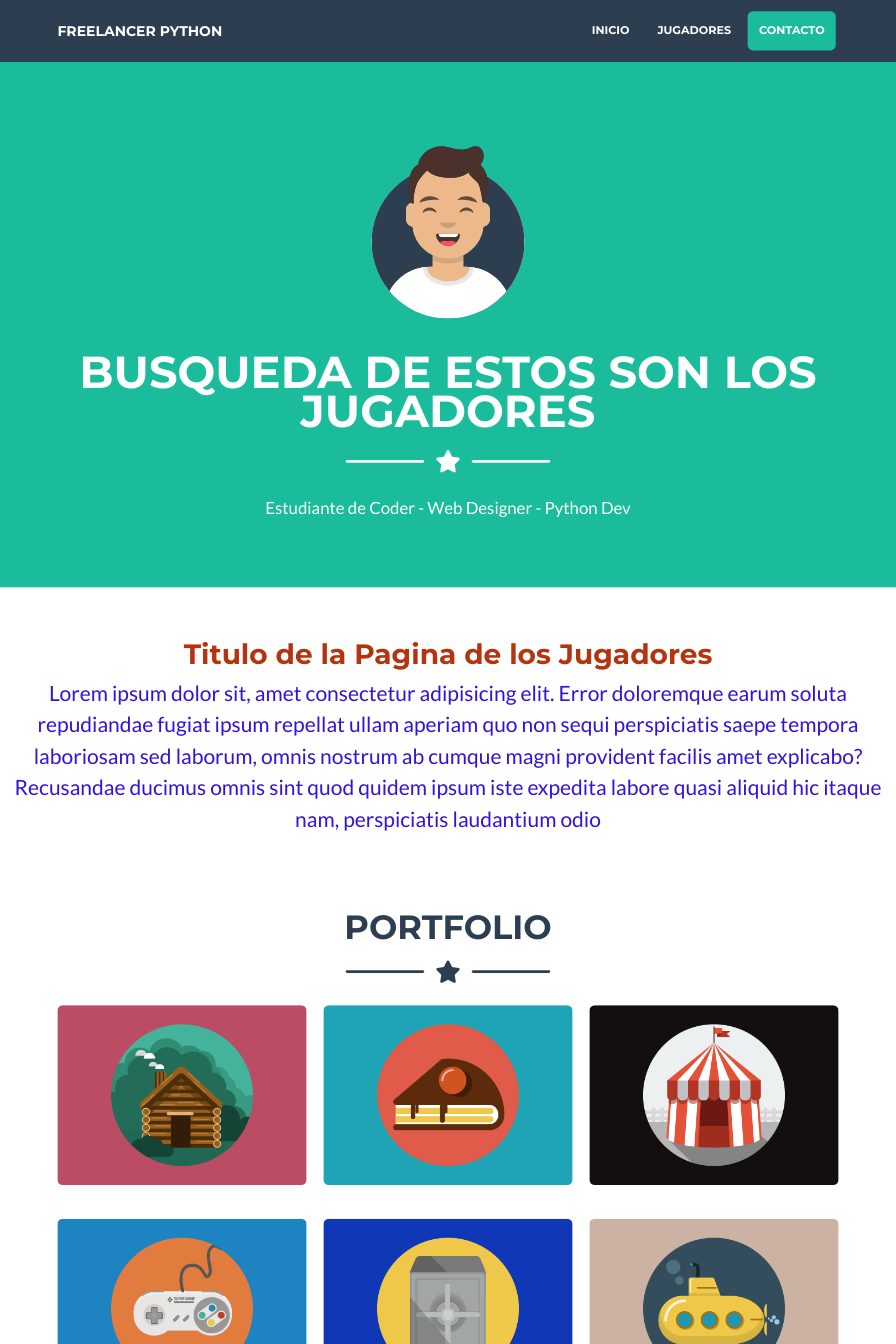
Repository: gadiazsaavedra/Familiares
Page: ProyectoFamiliar/AppFamiliar/templates/AppFamiliar/resultadoBusqueda.html
The author's editor kept a copy of each file at every save. The page is drawn from the files as they stood at one save, then again after the next save.
The browser window is 1280 px wide. The pictures show the part of the page from y = 0 to 1920 px (the page is 4347 px tall), at 70% of full size.
The template is drawn by Django 3.2. The application's start-up code is not run. The template is opened directly, without the code that normally fills it, so the values that code supplies are empty.

Above is the page before, as saved 2021-12-10 23:40:56.

After the next save:
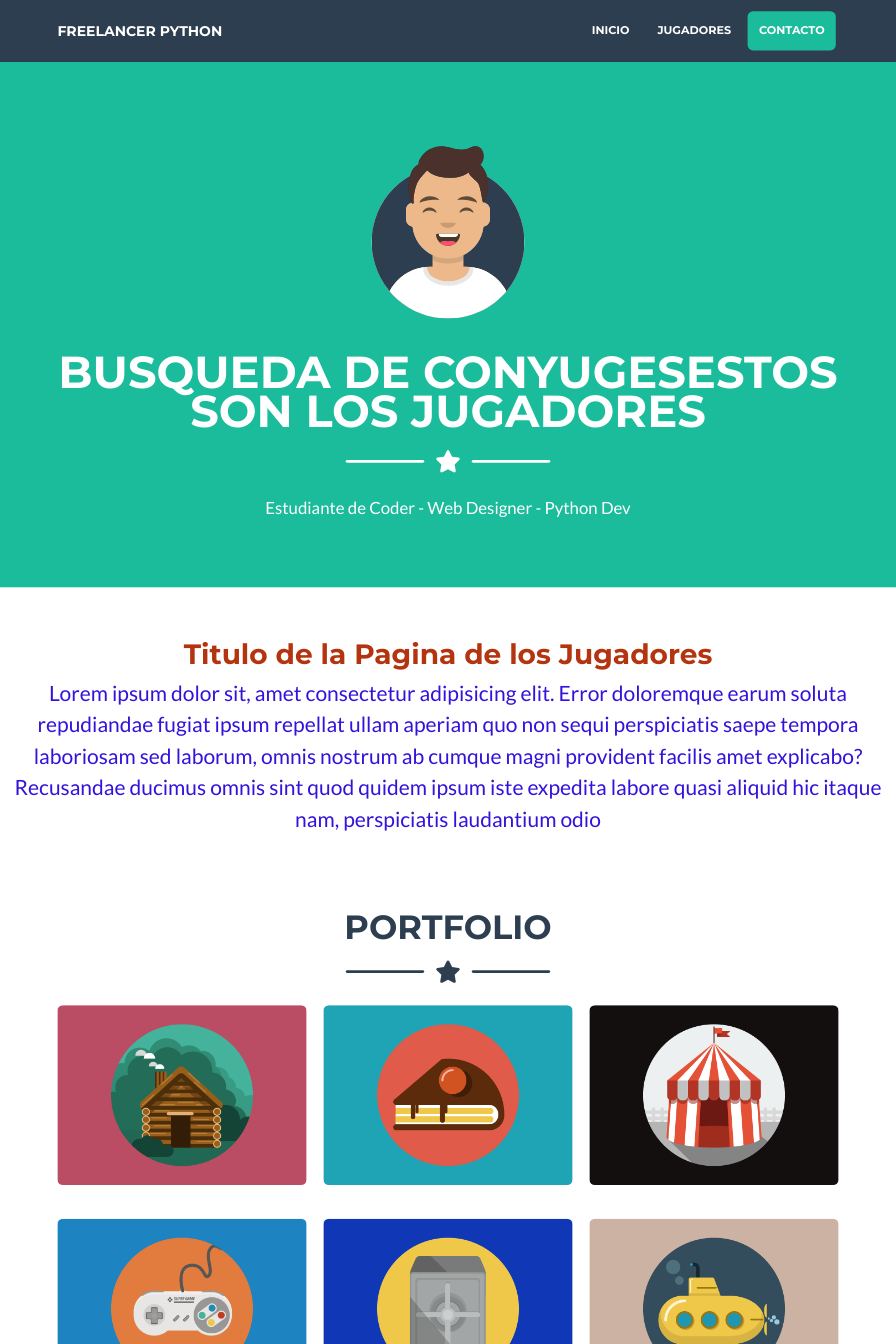
Saved 16 s later.
--- a/ProyectoFamiliar/ProyectoFamiliar/AppFamiliar/templates/AppFamiliar/resultadoBusqueda.html
+++ b/ProyectoFamiliar/ProyectoFamiliar/AppFamiliar/templates/AppFamiliar/resultadoBusqueda.html
@@ -4,7 +4,7 @@
 {% load static %}
 
         {% block contenido2 %}
-        <h1 class="masthead-heading text-uppercase mb-0">Busqueda de ESTOS SON LOS JUGADORES</h1>
+        <h1 class="masthead-heading text-uppercase mb-0">Busqueda de ConyugesESTOS SON LOS JUGADORES</h1>
         {% endblock %}
 
 
